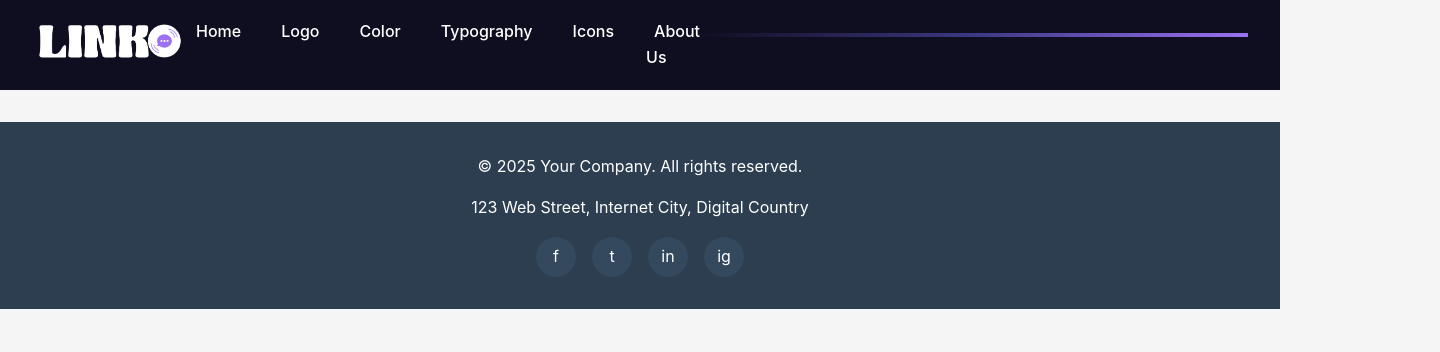
Repository: primcharlin/LINKO-A5Styleguide
Page: index.html
An editor plug-in stored every save of this project. The page is shown before and after the next save, followed by the edit.
The browser window is 1280 px wide. The page is 1280 px wide, then 1440 px, so the pictures cover 1440 px, including what lies to the right of the window. The pictures show the whole page.

Above is the page before, as saved 2025-04-10 16:22:52.

After the next save:
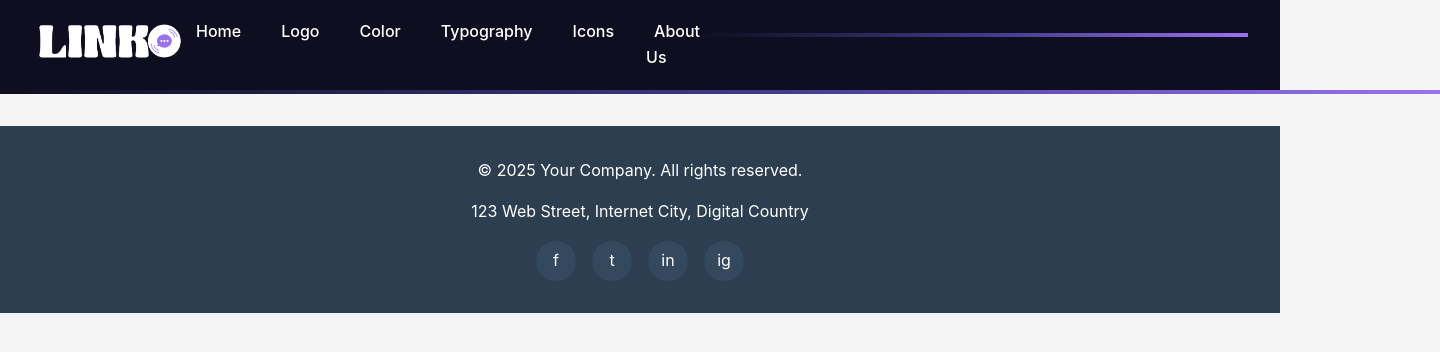
Saved 45 s later.
--- a/index.html
+++ b/index.html
@@ -24,6 +24,7 @@
         </nav>
         <div class="nav-divider"></div>
     </header>
+    <div class="nav-divider"></div>
 
     <main>
 
